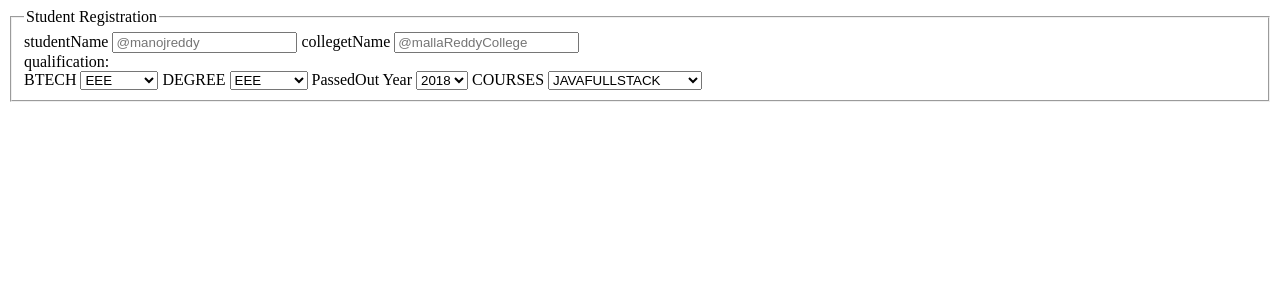
Repository: JanapatlaManojReddy/java
Page: http://localhost/institutionProject/WEB-INF/StudentRegistration.jsp
The author's editor kept a copy of each file at every save. The page is drawn from the files as they stood at one save, then again after the next save.
The browser window is 1280 px wide. The pictures show the whole page.
The page is served by Tomcat 9. Nobody is signed in. The template is opened directly, without the code that normally fills it, so the values that code supplies are empty.

Above is the page before, as saved 2023-08-19 11:56:09.

After the next save:
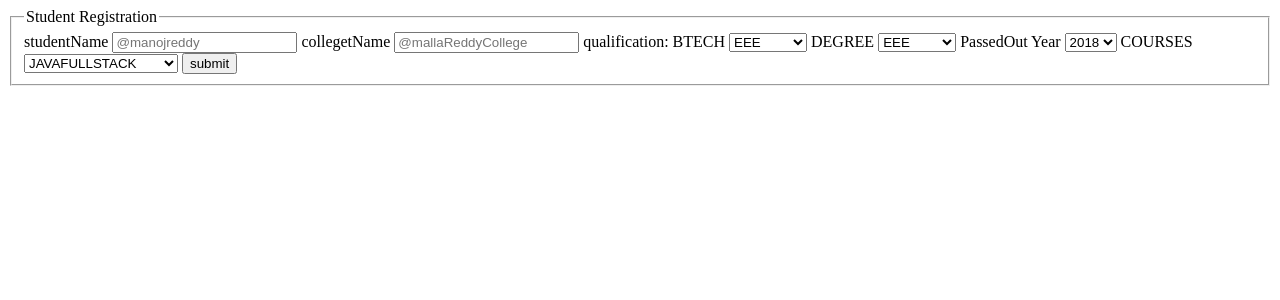
Saved 35 min 40 s later.
--- a/institutionProject/src/main/webapp/WEB-INF/StudentRegistration.jsp
+++ b/institutionProject/src/main/webapp/WEB-INF/StudentRegistration.jsp
@@ -8,7 +8,7 @@
 </head>
 <body>
 <form>
-<fieldSet>
+<fieldSet action="studentServlet">
 <legend>Student Registration</legend>
 <div>
 <lable for="sname">studentName</lable>
@@ -16,9 +16,9 @@
 <lable for="cname">collegetName</lable>
 <input type="text" name="collegeName" placeholder="@mallaReddyCollege" required>
 
-<div><lable for="stream">qualification:</lable></div>
+<lable >qualification:</lable>
 <lable for="stream">BTECH</lable>
-<select id ="btech" name="stream" >
+<select id ="stream" name="stream" >
 <option value ="EEE">EEE</option>
 <option value ="ECE">ECE</option>
 <option value ="CSE">CSE</option>
@@ -27,7 +27,7 @@
 <option value ="OTHERS">OTHERS</option>
 </select>
 <lable for="stream">DEGREE</lable>
-<select id ="degree" name="stream" >
+<select id ="stream" name="stream" >
 <option value ="EEE">EEE</option>
 <option value ="ECE">ECE</option>
 <option value ="CSE">CSE</option>
@@ -54,6 +54,7 @@
 <option value="HTML/CSS">HTML/CSS </option>
 <option value="ANGULAR/REACT">ANGULAR/REACT </option>
 </select>
+<input type="submit" value="submit">
 
 </div>
 </fieldSet>
